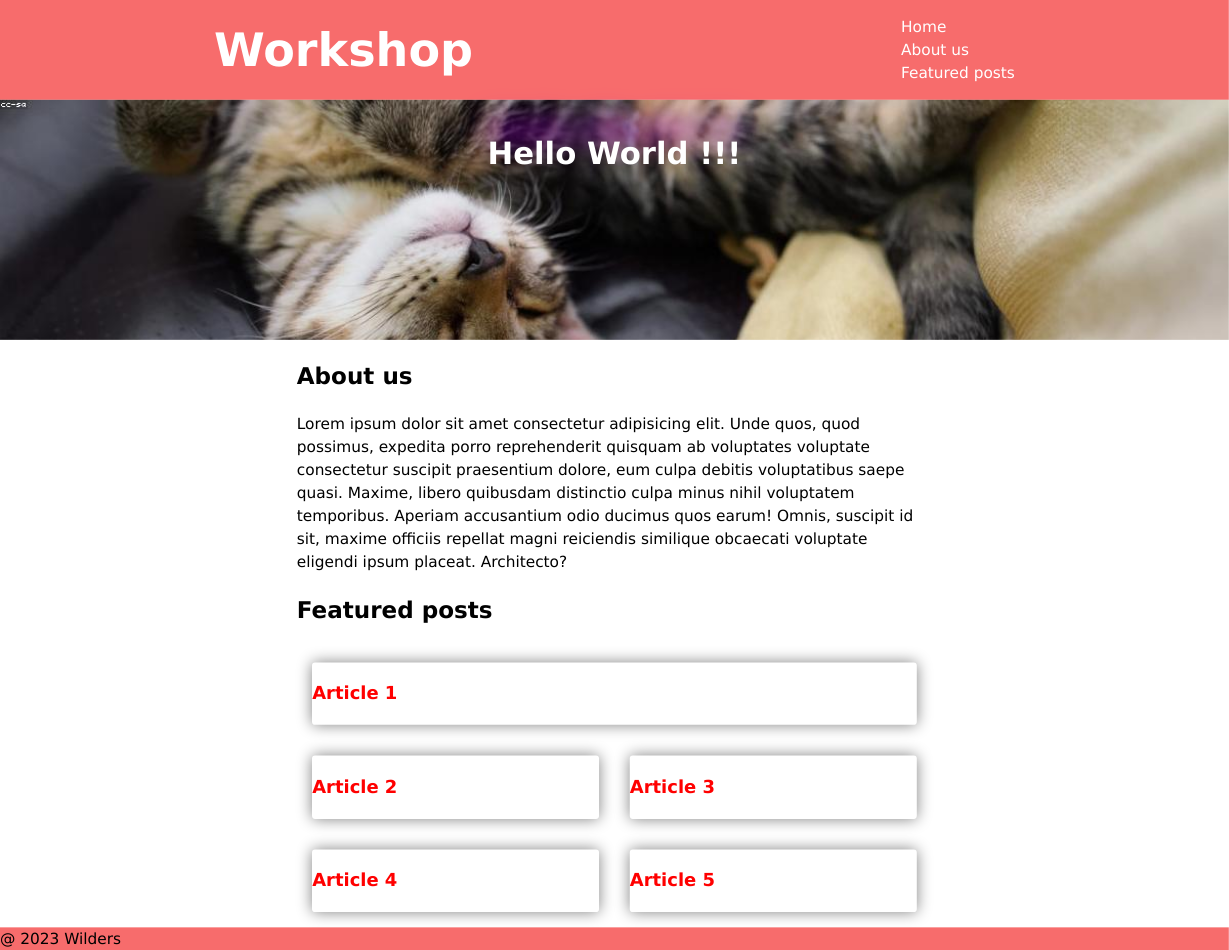
Repository: PPaillard/cssresponsive
Page: index.html
These files come from the project's save history. The page is drawn as it stood at one moment and after the next save; the edit follows.
The browser window is 1280 px wide. The pictures show the whole page, at 96% of full size.

Above is the page before, as saved 2023-03-03 15:05:56.

After the next save:
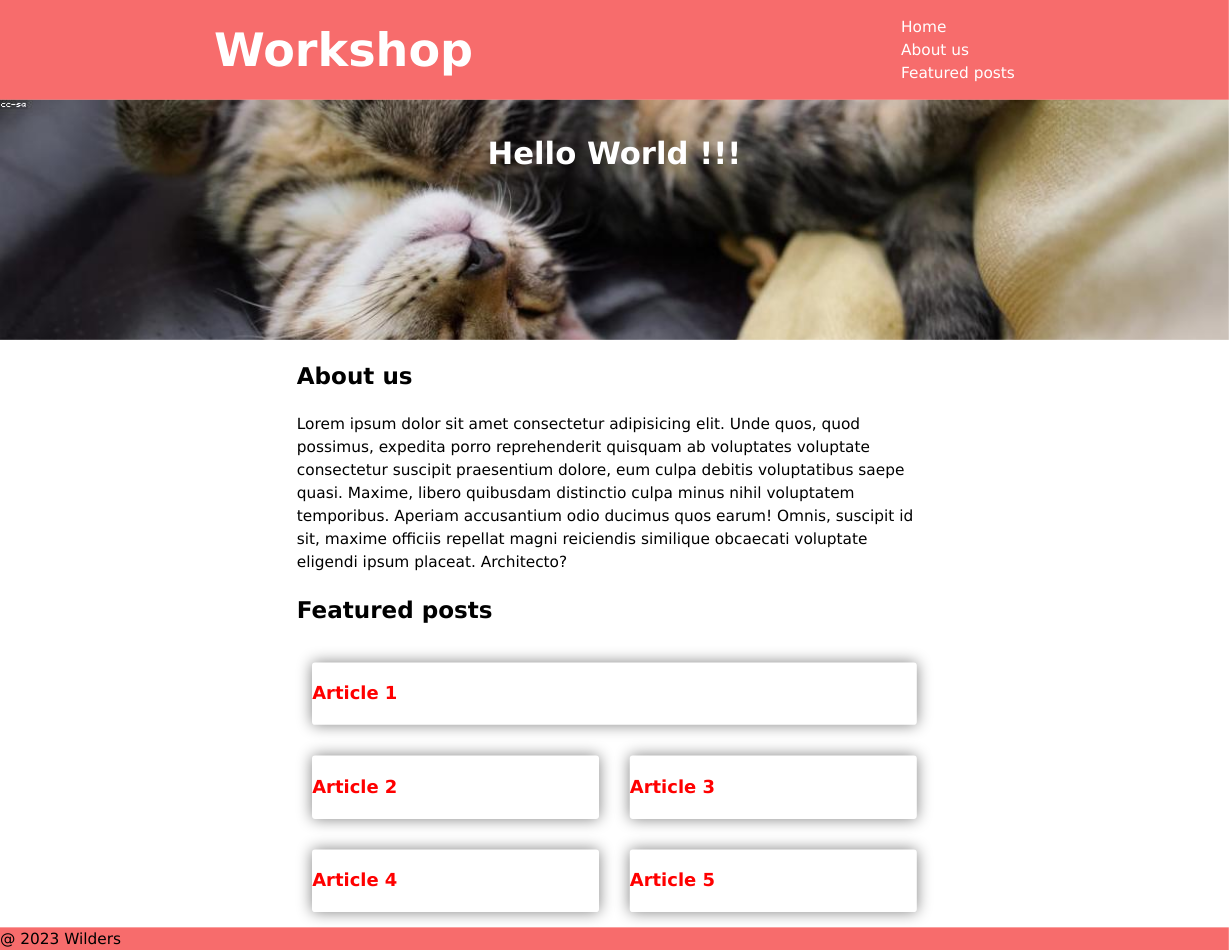
Saved 2 min 35 s later.
--- a/style.css
+++ b/style.css
@@ -49,7 +49,6 @@ header h1 {
   color: white;
   margin: 0;
   padding-top: 2rem;
-  filter: drop-shadow(0 -6mm 4mm rgb(160, 0, 210));
 }
 
 section {
